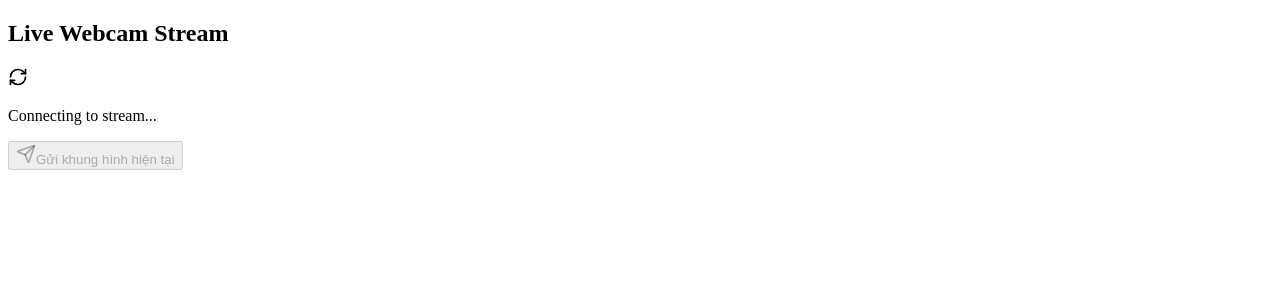
Repository: AzenKain/Traffic-Red-Light-Running-Violation-Detection
Page: / (app in client-web/client-web/)
These files come from the project's save history. The page is drawn as it stood at one moment and after the next save; the edit follows.
The browser window is 1280 px wide. The pictures show the whole page.
The page's requests for data from a server got no answer. The project was rebuilt for these pictures with package versions that can differ from the ones it lists, and the page was loaded fresh each time. The framework's server and built-in components were replaced by stand-ins that run in the browser. No one was signed in, and anything a server would have sent is missing.

Above is the page before, as saved 2025-03-22 22:15:09.

After the next save:
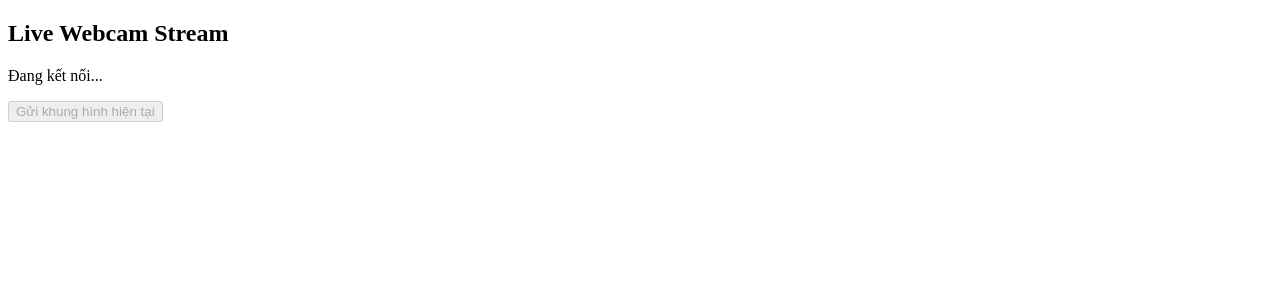
Saved 37 s later.
--- a/client-web/client-web/src/components/videostream/index.tsx
+++ b/client-web/client-web/src/components/videostream/index.tsx
@@ -1,6 +1,5 @@
 "use client";
 import { useEffect, useState } from "react";
-import { Send, RefreshCw, Check } from "lucide-react";
 
 export default function VideoStream() {
   const [imageSrc, setImageSrc] = useState<string | null>(null);
@@ -53,50 +52,49 @@ export default function VideoStream() {
   };
 
   return (
-    <div className="flex flex-col items-center max-w-3xl mx-auto p-6 bg-gray-50 rounded-xl shadow-md">
-      <h2 className="text-2xl font-bold mb-6 text-gray-800">Live Webcam Stream</h2>
+    <div className="card bg-base-100 shadow-xl max-w-3xl mx-auto">
+      <div className="card-body">
+        <h2 className="card-title justify-center">Live Webcam Stream</h2>
 
-      <div className="relative w-full rounded-lg overflow-hidden bg-black">
-        {imageSrc ? (
-          <img
-            src={imageSrc}
-            alt="Live Stream"
-            className="w-full h-auto object-contain rounded-lg shadow-lg"
-          />
-        ) : (
-          <div className="flex items-center justify-center h-64 bg-gray-800 text-white">
-            <RefreshCw className="animate-spin mr-2" size={20} />
-            <p>Connecting to stream...</p>
+        <div className="relative w-full mt-4">
+          {imageSrc ? (
+            <img
+              src={imageSrc}
+              alt="Live Stream"
+              className="w-full h-auto rounded-lg shadow-lg"
+            />
+          ) : (
+            <div className="flex items-center justify-center h-64 bg-base-200 rounded-lg">
+              <span className="loading loading-spinner loading-md mr-2"></span>
+              <p>Đang kết nối...</p>
+            </div>
+          )}
+        </div>
+
+        <div className="card-actions justify-center mt-4">
+          <button
+            onClick={sendCurrentFrameToAPI}
+            disabled={!imageSrc || isSending}
+            className="btn btn-primary"
+          >
+            {isSending ? (
+              <>
+                <span className="loading loading-spinner loading-sm"></span>
+                Đang gửi...
+              </>
+            ) : (
+              "Gửi khung hình hiện tại"
+            )}
+          </button>
+        </div>
+
+        {sendSuccess && (
+          <div className="alert alert-success mt-4">
+            <svg xmlns="http://www.w3.org/2000/svg" className="stroke-current shrink-0 h-6 w-6" fill="none" viewBox="0 0 24 24"><path strokeLinecap="round" strokeLinejoin="round" strokeWidth="2" d="M9 12l2 2 4-4m6 2a9 9 0 11-18 0 9 9 0 0118 0z" /></svg>
+            <span>Khung hình đã được gửi thành công!</span>
           </div>
         )}
       </div>
-
-      <div className="flex mt-6">
-        <button
-          onClick={sendCurrentFrameToAPI}
-          disabled={!imageSrc || isSending}
-          className="flex items-center px-4 py-2 bg-blue-600 text-white rounded-lg shadow hover:bg-blue-700 transition-colors disabled:opacity-50 disabled:cursor-not-allowed"
-        >
-          {isSending ? (
-            <>
-              <RefreshCw className="animate-spin mr-2" size={20} />
-              Đang gửi...
-            </>
-          ) : (
-            <>
-              <Send className="mr-2" size={20} />
-              Gửi khung hình hiện tại
-            </>
-          )}
-        </button>
-      </div>
-
-      {sendSuccess && (
-        <div className="mt-4 flex items-center p-2 bg-green-100 text-green-800 rounded">
-          <Check size={16} className="mr-2" />
-          Khung hình đã được gửi thành công!
-        </div>
-      )}
     </div>
   );
 }
